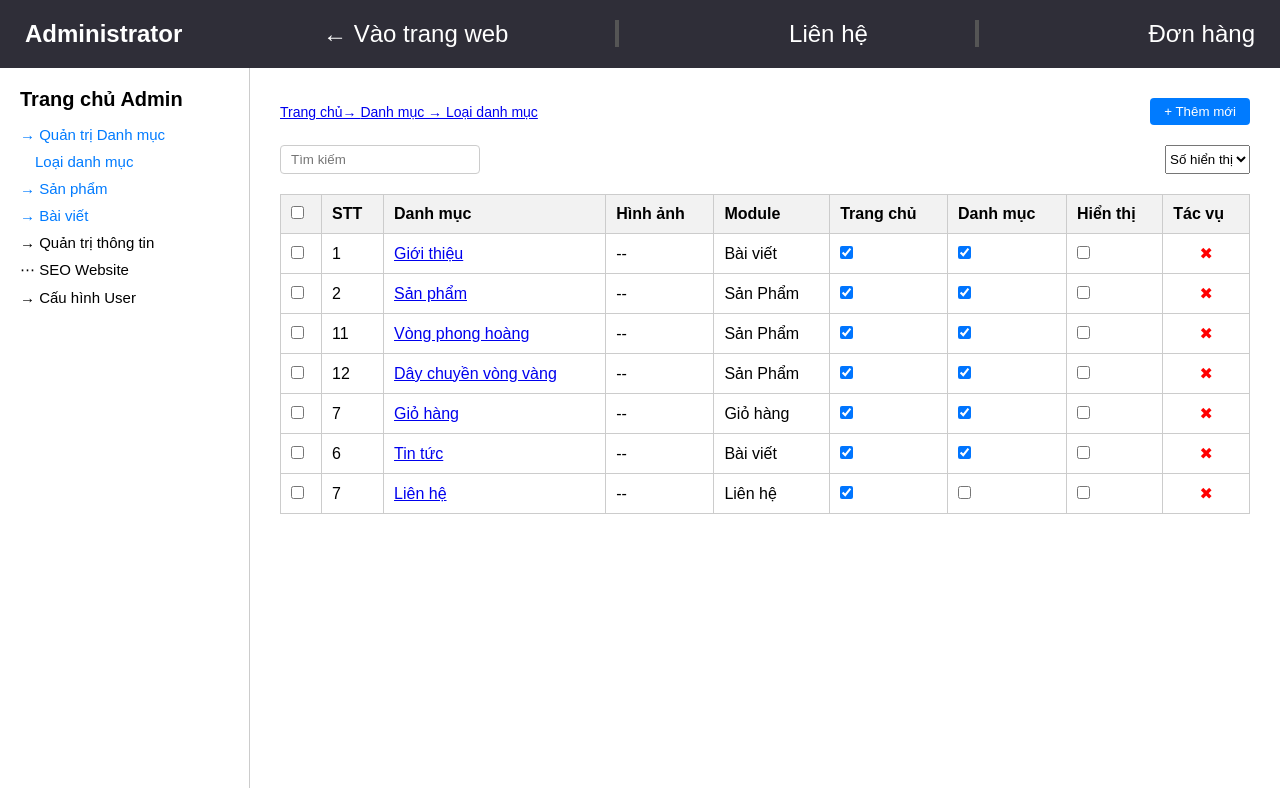
Repository: TranTanDat0606/Du-An-1
Page: Admin]/admin.html
The author's editor kept a copy of each file at every save. The page is drawn from the files as they stood at one save, then again after a run of saves.
The browser window is 1280 px wide. The pictures show the whole page.

Above is the page before, as saved 2025-07-30 15:57:30.

### Admin]/admin.html
<!DOCTYPE html>
<html lang="vi">
<head>
    <meta charset="UTF-8" />
    <meta name="viewport" content="width=device-width, initial-scale=1.0"/>
    <title>Quản lý danh mục</title>
    <link rel="stylesheet" href="admin.css" />
</head>
<body>
    <header class="topbar">
    <div class="topbar-left">Administrator</div>
    <div class="topbar-right">
    <a href="#">← Vào trang web</a>
    <a href="#">Liên hệ</a>
    <a href="#">Đơn hàng</a></div>
</header>
    <div class="admin-container">
    <aside class="sidebar">
    <h2>Trang chủ Admin</h2>
    <ul>
        <a href="#"><li>→ Quản trị Danh mục</li></a>
    <ul class="submenu">
            <li><a href="#">Loại danh mục</a></li>
    </ul>
        </li>
        <a href="#"><li>→ Sản phẩm</li></a>
        <a href="#"><li>→ Bài viết</li></a>
        <a href=""></a>
        <li>→ Quản trị thông tin</li>
        <li>⋯ SEO Website</li>
        <li>→ Cấu hình User</li>
    </ul>
    </aside>
    <main class="main-content">
    <div class="header-bar">
        <span class="breadcrumbs"><a href="#">Trang chủ→ </a><a href="#">Danh mục → </a><a href="#">Loại danh mục</a></span>
        <button class="btn-new">+ Thêm mới</button>
    </div>

    <div class="table-toolbar">
        <input type="text" class="search-input" placeholder="Tìm kiếm" />
        <select>
    <option>Số hiển thị</option>
        </select>
    </div>
    <table>
        <thead>
    <tr>
            <th><input type="checkbox" /></th>
            <th>STT</th>
            <th>Danh mục</th>
            <th>Hình ảnh</th>
            <th>Module</th>
            <th>Trang chủ</th>
            <th>Danh mục</th>
            <th>Hiển thị</th>
            <th>Tác vụ</th>
    </tr>
        </thead>
        <tbody>
    <tr>
            <td><input type="checkbox" /></td>
            <td>1</td>
            <td><a href="#">Giới thiệu</a></td>
            <td>--</td>
            <td>Bài viết</td>
            <td><input type="checkbox" checked /></td>
            <td><input type="checkbox" checked /></td>
            <td><input type="checkbox" /></td>
            <td class="text-danger">✖</td>
    </tr>
    <tr>
            <td><input type="checkbox" /></td>
            <td>2</td>
            <td><a href="#">Sản phẩm</a></td>
            <td>--</td>
            <td>Sản Phẩm</td>
            <td><input type="checkbox" checked /></td>
            <td><input type="checkbox" checked /></td>
            <td><input type="checkbox" /></td>
            <td class="text-danger">✖</td>
    </tr>
    <tr>
        <td><input type="checkbox" /></td>
        <td>11</td>
        <td><a href="#">Vòng phong hoàng</a></td>
        <td>--</td>
        <td>Sản Phẩm</td>
        <td><input type="checkbox" checked /></td>
        <td><input type="checkbox" checked /></td>
        <td><input type="checkbox" /></td>
        <td class="text-danger">✖</td>
    </tr>
    <tr>
        <td><input type="checkbox" /></td>
        <td>12</td>
        <td><a href="#">Dây chuyền vòng vàng</a></td>
        <td>--</td>
        <td>Sản Phẩm</td>
        <td><input type="checkbox" checked /></td>
        <td><input type="checkbox" checked /></td>
        <td><input type="checkbox" /></td>
        <td class="text-danger">✖</td>
    </tr>
    <tr>
        <td><input type="checkbox" /></td>
        <td>7</td>
        <td><a href="#">Giỏ hàng</a></td>
        <td>--</td>
        <td>Giỏ hàng</td>
        <td><input type="checkbox" checked /></td>
        <td><input type="checkbox" checked /></td>
        <td><input type="checkbox" /></td>
        <td class="text-danger">✖</td>
    </tr>
    <tr>
        <td><input type="checkbox" /></td>
        <td>6</td>
        <td><a href="#">Tin tức</a></td>
        <td>--</td>
        <td>Bài viết</td>
        <td><input type="checkbox" checked /></td>
        <td><input type="checkbox" checked /></td>
        <td><input type="checkbox"/></td>
        <td class="text-danger">✖</td>
    </tr>
    <tr>
        <td><input type="checkbox" name="" id=""></td>
        <td>7</td>
        <td><a href="#"> Liên hệ </a></td>
        <td>--</td>
        <td>Liên hệ</td>
        <td><input type="checkbox" checked></td>
        <td><input type="checkbox"></td>
        <td><input type="checkbox"></td>
        <td class="text-danger">✖</td>
    </tr>
        </tbody>
    </table>
    </main>
    </div>
</body>
</html>

### Admin]/admin.css
* {
    margin: 0;
    padding: 0;
    box-sizing: border-box;
    font-family: sans-serif;
}
/* header */
/* Topbar admin */
.topbar {
    background-color: #2f2e38;
    color: white;
    display: flex;
    justify-content: space-between;
    align-items: center;
    padding: 20px 25px;
    font-size: 24px;
}

.topbar-left {
    font-weight: bold;
}

.topbar-right a {
    color: white;
    text-decoration: none;
    margin-left: 100px;
    border-left:4px solid #555;
    padding-left: 170px
}

.topbar-right a:first-child {
    border-left: none;
    padding-left: 0;
}
body {
    background: #f5f5f5;
}

.admin-container {
    display: flex;
    height: 100vh;
}

/* Sidebar */
.sidebar {
    width: 250px;
    background: #fff;
    border-right: 1px solid #ccc;
    padding: 20px;
}

.sidebar h2 {
    margin-bottom: 15px;
    font-size: 20px;
}

.sidebar ul {
    list-style: none;
}

.sidebar li {
    margin-bottom: 10px;
    font-size: 15px;
}

.sidebar .submenu {
    margin-left: 15px;
}

.sidebar a {
    color: #007bff;
    text-decoration: none;
}

/* Main Content */
.main-content {
    flex: 1;
    padding: 30px;
    background: #fff;
}

.header-bar {
    display: flex;
    justify-content: space-between;
    align-items: center;
}

.breadcrumbs {
    color: #555;
    font-size: 14px;
}

.btn-new {
    background: #007bff;
    color: #fff;
    border: none;
    padding: 6px 14px;
    border-radius: 4px;
    cursor: pointer;
}

.table-toolbar {
    margin: 20px 0;
    display: flex;
    justify-content: space-between;
}

.search-input {
    padding: 6px 10px;
    width: 200px;
    border: 1px solid #ccc;
    border-radius: 4px;
}

table {
    width: 100%;
    border-collapse: collapse;
    background: #fff;
}

table th,
table td {
    border: 1px solid #ccc;
    padding: 10px;
    text-align: left;
}

table th {
    background: #f2f2f2;
}

.text-danger {
    color: red;
    text-align: center;
}

After the next 3 saves:
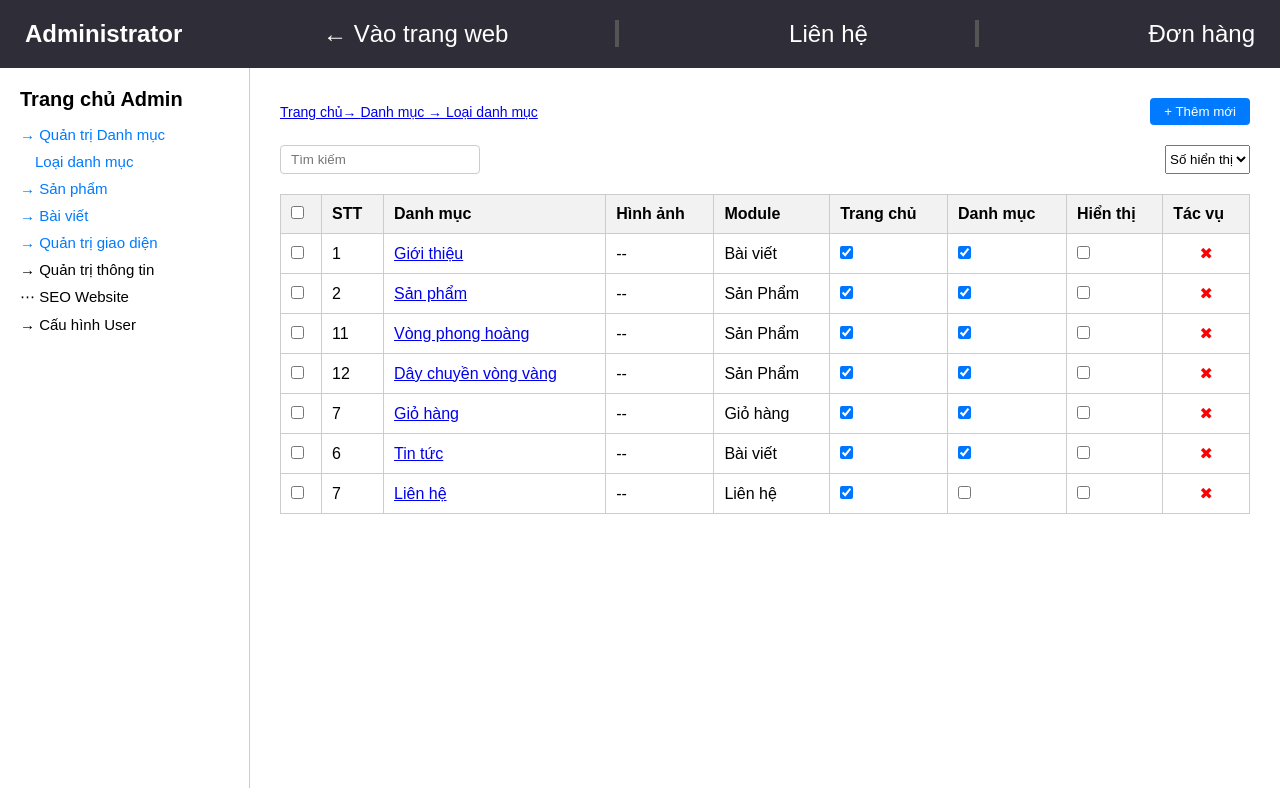
The 3 saves are shown as one change because they came seconds apart.
The last was saved 8 s later.
--- a/Admin]/admin.html
+++ b/Admin]/admin.html
@@ -25,7 +25,7 @@
         </li>
         <a href="#"><li>→ Sản phẩm</li></a>
         <a href="#"><li>→ Bài viết</li></a>
-        <a href=""></a>
+        <a href="#"><li>→ Quản trị giao diện</li></a>
         <li>→ Quản trị thông tin</li>
         <li>⋯ SEO Website</li>
         <li>→ Cấu hình User</li>
